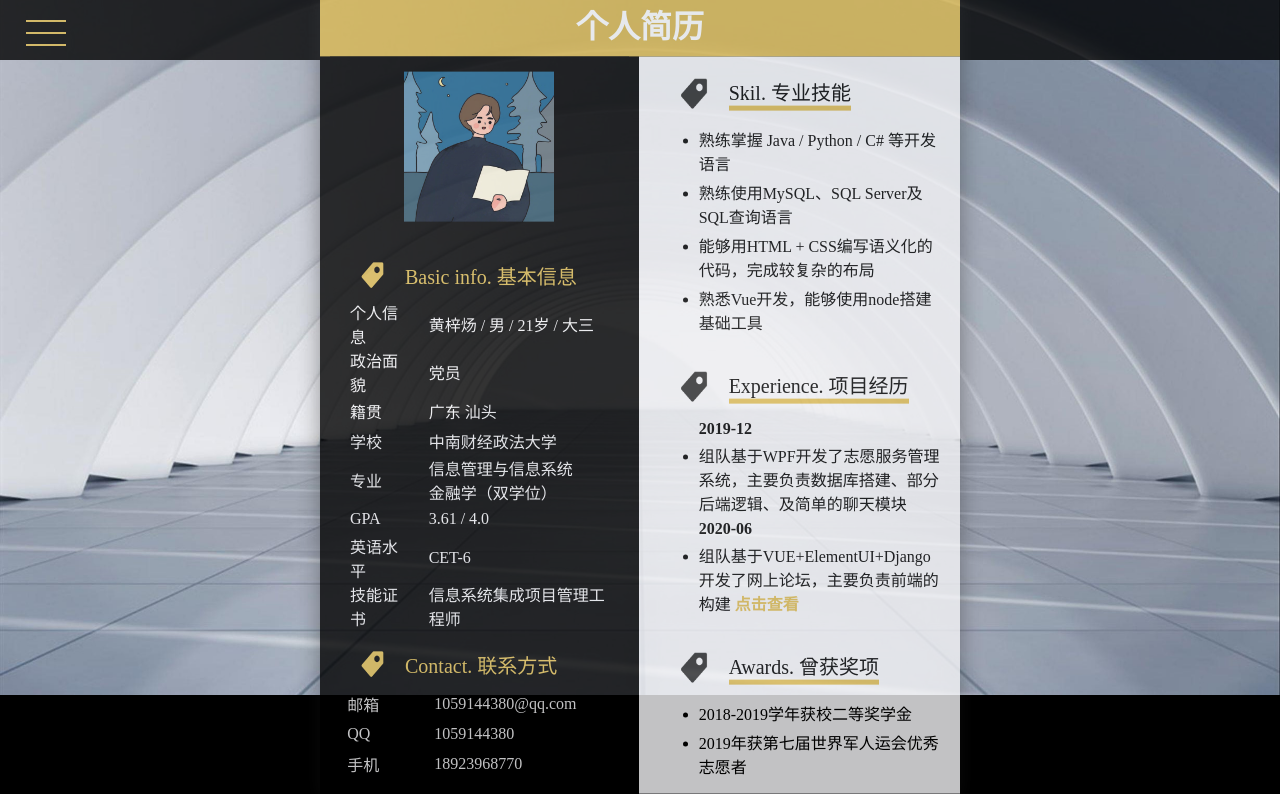
Repository: ustc-hzy/ziYang
Page: resume.html
The author's editor kept a copy of each file at every save. The page is drawn from the files as they stood at one save, then again after the next save.
The browser window is 1280 px wide. The pictures show the whole page.

Above is the page before, as saved 2020-06-18 18:36:33.

### resume.html
<!DOCTYPE html>
<html lang="en">
<head>
    <meta charset="UTF-8">
    <meta name="viewport" content="width=device-width, initial-scale=1.0">
    <link rel="stylesheet" href="css/style.css" type="text/css">
    <link rel="stylesheet" href="css/resume.css" type="text/css">
    <title>个人简历</title>
</head>
<body>
    <header>
        <!-- 导航栏部分 -->
        <div class="inner">
            <!-- 用于控制菜单栏开关 -->
            <input type="checkbox" id="ham">
            <!-- 菜单栏icon -->
            <label for="ham">
                <div class="hamburger-container">
                    <span></span>
                    <span></span>
                    <span></span>
                </div>
            </label>
            <!-- 菜单栏各项 -->
            <nav>
                <ul>
                    <li><a href="index.html">网站首页</a></li>
                    <li><a href="resume.html">个人简历</a></li>
                    <li><a href="album.html">旅行相册</a></li>
                    <li><a href="asset.html">PS作品集</a></li>
                    <li><a href="episode.html">剧集收藏</a></li>
                </ul>
            </nav>
            <!-- 打开菜单栏的遮罩 -->
            <div class="mask"></div>
        </div>

        <!-- 简历部分 -->
        <div class="content-container">
            <table>
                <caption class="table-title">个人简历</caption>
                <tr>
                    <!-- 左侧一列，共三行 -->
                    <td class="left-column">
                        <table>
                            <tr>
                                <!-- 头像 -->
                                <td class="left-column portary" align="center">
                                    <img src="img/user.png" width="150px">
                                </td>
                            </tr>
                            <tr>
                                <!-- 基本信息 -->
                                <td  align="center">
                                    <table>
                                        <div class="small-table-title"><img src="img/label.png" width="25px"> <span>Basic info. 基本信息</span></div>
                                        <tr>
                                            <td>个人信息</td>
                                            <td>黄梓炀 / 男 / 21岁 / 大三</td>
                                        </tr>
                                        <tr>
                                            <td>政治面貌</td>
                                            <td>党员</td>
                                        </tr>
                                        <tr>
                                            <td>籍贯</td>
                                            <td>广东 汕头</td>
                                        </tr>
                                        <tr>
                                            <td>学校</td>
                                            <td>中南财经政法大学</td>
                                        </tr>
                                        <tr>
                                            <td>专业</td>
                                            <td>
                                                <div>信息管理与信息系统</div>
                                                <div>金融学（双学位）</div>
                                            </td>
                                        </tr>
                                        <tr>
                                            <td>GPA</td>
                                            <td>3.61 / 4.0</td>
                                        </tr>
                                        <tr>
                                            <td>英语水平</td>
                                            <td>CET-6</td>
                                        </tr>
                                        <tr>
                                            <td>技能证书</td>
                                            <td>信息系统集成项目管理工程师</td>
                                        </tr>
                                    </table>
                                </td>
                            </tr>
                            <tr>
                                <!-- 联系方式 -->
                                <td align="center">
                                    <table class="contact">
                                        <div class="small-table-title"><img src="img/label.png" width="25px"> <span>Contact. 联系方式</span></div>
                                        <tr>
                                            <td class="label">邮箱</td>
                                            <td>1059144380@qq.com</td>
                                        </tr>
                                        <tr>
                                            <td class="label">QQ</td>
                                            <td>1059144380</td>
                                        </tr>
                                        <tr>
                                            <td class="label">手机</td>
                                            <td>18923968770</td>
                                        </tr>
                                    </table>
                                </td>
                            </tr>
                        </table>
                    </td>
                    <!-- 右侧一列，共三行 -->
                    <td class="right-column">
                        <table>
                            <tr>
                                <!-- 专业技能 -->
                                <td>
                                    <table class="skill">
                                        <div class="small-table-title"><img src="img/label_black.png" width="30px"><span>Skil. 专业技能</span></div>
                                        <ul>
                                            <li>熟练掌握 Java / Python / C# 等开发语言</li>
                                            <li>熟练使用MySQL、SQL Server及SQL查询语言</li>
                                            <li>能够用HTML + CSS编写语义化的代码，完成较复杂的布局</li>
                                            <li>熟悉Vue开发，能够使用node搭建基础工具</li>
                                        </ul>
                                    </table>
                                </td>
                            </tr>
                            <tr>
                                <!-- 实践经历 -->
                                <td>
                                    <table class="experience">
                                        <div class="small-table-title"><img src="img/label_black.png" width="30px"><span>Experience. 项目经历</span></div>
                                        <ul>
                                            <li class="date">2019-12</li>
                                            <li>组队基于WPF开发了志愿服务管理系统，主要负责数据库搭建、部分后端逻辑、及简单的聊天模块</li>
                                            <li class="date">2020-06</li>
                                            <li>组队基于VUE+ElementUI+Django开发了网上论坛，主要负责前端的构建
                                                <a href="http://47.107.33.14/dist/index.html">点击查看</a>
                                            </li>
                                        </ul>
                                    </table>
                                </td>
                            </tr>
                            <tr>
                                <!-- 曾获奖项 -->
                                <td>
                                    <table class="awards">
                                        <div class="small-table-title"><img src="img/label_black.png" width="30px"><span>Awards. 曾获奖项</span></div>
                                        <ul>
                                            <li>2018-2019学年获校二等奖学金</li>
                                            <li>2019年获第七届世界军人运会优秀志愿者</li>
                                        </ul>
                                    </table>
                                </td>
                            </tr>
                        </table>
                    </td>
                </tr>
            </table>
        </div>
    </header>
</body>
</html>

### css/style.css
body {
    height: 100%;
    width: 100%;
    margin: 0 auto;
    padding: 0 0 ;
    background-color: #000000;
    background-image: url(../img/user_bg.jpg);
    background-repeat: no-repeat;
    background-size: cover;
    overflow: auto;
}
header{
    height: 60px;
    background-color: #000000;
    opacity: 0.8;
}
.inner{
    width: 96%;
    margin: auto;
}
#ham{
    display: none;
}
/* 当chexkbox选中时，改变第一条线 */
#ham:checked + label .hamburger-container span:nth-child(1){
    transform: rotate(45deg);
    top: 11px;
    transition: transform .3s ease-in-out, top .3s ease-in-out 3s;
}
/* 当chexkbox选中时，第二条线消失 */
#ham:checked + label .hamburger-container span:nth-child(2){
    opacity: 0;
}
/* 当chexkbox选中时，改变第三条线 */
#ham:checked + label .hamburger-container span:nth-child(3){
    transform: rotate(-45deg);
    top: -11px;
    transition: transform .3s ease-in-out, top .3s ease-in-out 3s;
}
.hamburger-container span:nth-child(2){
    margin-top: 10px;
    transition: opacity .1s ease-in-out .1s;
}
.hamburger-container span:nth-child(3){
    margin-top: 10px;
}
.hamburger-container{
    display: block;
    width: 40px;
    height: 40px;
    position: relative;
    top: 20px;
    z-index: 100;
}
.hamburger-container span{
    display: block;
    height: 2px;
    background-color: #dbba53;
    position: relative;
    transition: transform .3s ease-in-out, top .3s ease-in-out .3s;
}
nav{
    position: absolute;
    z-index: 100;
    color: #fff;
    top: 50px;
    transform: scaleY(0); /* 垂直方向缩小到0，即关闭 */
    transition: all .3s ease-in-out;
    transform-origin: 50% 0; /* 将中心点移到顶部 */
    opacity: 0; /* 渐入渐出效果 */
}
/* 当chexkbox选中时，展示nav */
#ham:checked ~ nav{
    transform: scaleY(1); /* 垂直方向扩大到1，即打开 */
    opacity: 1;
    transition: all .3s ease-in-out;
}
/* 打开导航栏的遮罩 */
.mask {
    width: 100vw;
    height: 100vh;
    position: fixed;
    top: 0;
    left: 0;
    background: #000000;
    opacity: 0;
    z-index: 10; /* 防止遮住要显示的部分 */
    transform: scaleY(0);
    transform-origin: 50% 0;
    transition: all .3s ease-in-out;
}
#ham:checked ~ .mask{
    opacity: 1;
    transform: scaleY(1);
    transition: all .3s ease-in-out;
}
nav ul{
    position: relative;
    right: 40px;
    margin-top: 2em;
    list-style-type:none;
    font-size: 35px;
}
nav ul li{
    margin-top: 1em;
}
nav ul li:hover{
    transform: scale(1.2, 1.2); /* transform从元素中心开始变化，不会影响到其他元素 */
}
nav ul li a:hover{
    color: #dbba53;
}
/* 居中姓名框 */
.name-container{
    position: absolute;
    top: 50%;
    left: 50%;
    transform: translate(-50%,-50%);
    z-index: 1;
    background-color: rgba(0,0,0,0.3); /* 此处使用opacity会让文字也变透明 */
    box-shadow: 0 5px 20px rgba(26,26,26,0.5);
}
/* 居中姓名 */
.mid-name{
    color: #fff;
    font-size: 50px;
    border: 8px solid #fff;
    padding: 40px;
    text-align: center;
}
/* 居中学号 */
.mid-name .id{
    margin-top: 10px;
    font-size: 40px;
}
/* 导航栏菜单项 */
nav a{
    text-decoration: none;
    color: #ffffff;
}

### css/resume.css
/* 主题内容框 */
.content-container{
    position: absolute;
    top: 50%;
    left: 50%;
    transform: translate(-50%,-46%);
    z-index: 1;
    box-shadow: 0 5px 20px rgba(26,26,26,0.5);
}
table{
    border-spacing: 0;
}
table tr td {
    height: 30px;
    padding: 0px 10px;
}
/* 大标题 */
.table-title{
    color: #ffffff;
    font-size: 32px;
    font-weight: bold;
    padding: 10px 0 ;
    background-color: #dbba53;
}

/* 简历左侧部分 */
.left-column{
    width: 2000px;
    background-color: #000000;
    color: #f3f3f5;
}
/* 简历右侧部分 */
.right-column{
    width: 2000px;
    background-color: #f3f3f5;
}
/* 头像 */
.portary img{
    margin: 15px 0px;
}
/* 左侧小标题 */
.left-column .small-table-title{
    display: flex;
    flex-wrap: nowrap;
    margin-top: 20px;
    margin-bottom: 10px;
    font-size: 20px;
    color: #dbba53;
}
/* 右侧小标题 */
.right-column .small-table-title{
    display: flex;
    flex-wrap: nowrap;
    font-size: 20px;
    margin-top: 20px;
}
/* 右侧小标题下划线 */
.right-column .small-table-title span{
    border-bottom: 5px solid #dbba53;
}
.contact .label{
    position: relative;
    right: 35px;
}
.contact{
    margin-bottom: 15px;
}
/* 标签icon */
.small-table-title img{
    margin: 0 20px;
}
.right-column table tr{
    height: 45%;
}
ul .date{
    list-style-type: none;
    font-weight: bold;
}
ul li{
    margin: 5px 0 ;
}
table a{
    text-decoration: none;
    color: #dbba53;
    font-weight: bold;
}

After the next save:
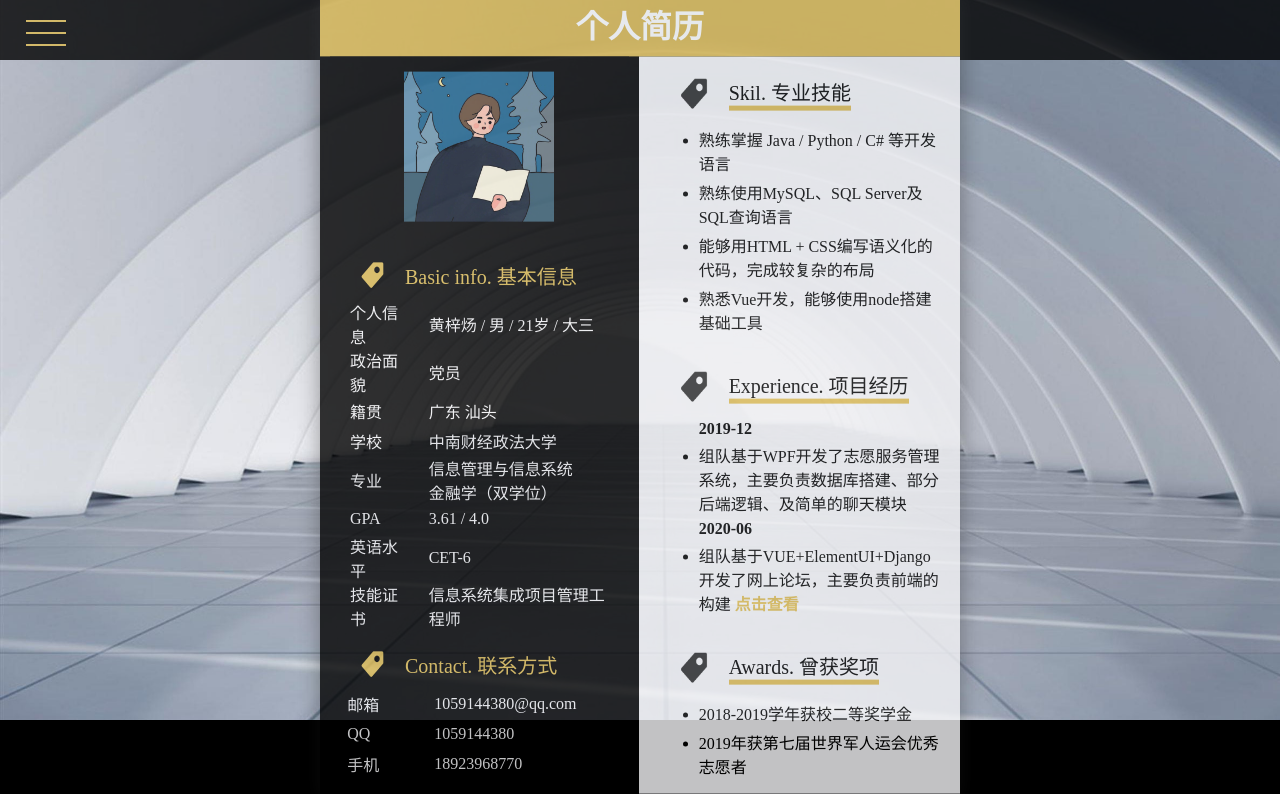
Saved 97 min 42 s later.
--- a/css/style.css
+++ b/css/style.css
@@ -1,6 +1,6 @@
 body {
-    height: 100%;
-    width: 100%;
+    height: 100vh;
+    width: 100vw;
     margin: 0 auto;
     padding: 0 0 ;
     background-color: #000000;
